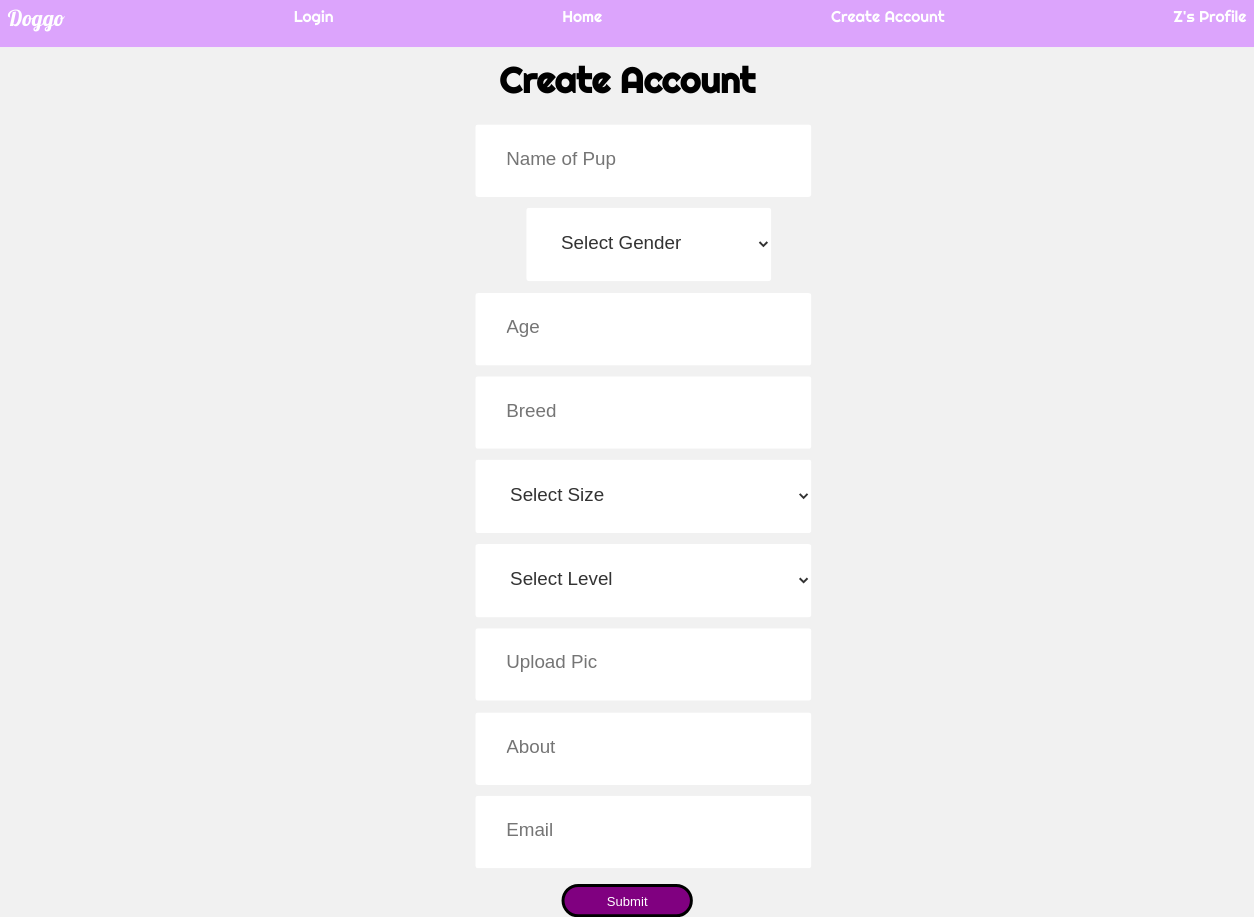
Repository: rh1456/capstone
Page: /2
The author's editor kept a copy of each file at every save. The page is drawn from the files as they stood at one save, then again after the next save.
The browser window is 1280 px wide. The pictures show the whole page, at 98% of full size.
Some web libraries are served in a nearby version. The project was rebuilt for these pictures with package versions that can differ from the ones it lists, and the page was loaded fresh each time. Also part of the build but not shown: src/pages/MainPage.jsx, src/pages/DoggoLandingPage.jsx, src/pages/DogProfile.jsx, src/pages/PlayDateForm.jsx, src/pages/ProfileSettings.jsx.

Above is the page before, as saved 2020-01-11 20:01:04.

### public/index.html
<!DOCTYPE html>
<html lang="en">
  <head>
    <meta charset="utf-8" />
    <link rel="shortcut icon" href="%PUBLIC_URL%/favicon.ico" />
    <meta
      name="viewport"
      content="width=device-width, initial-scale=1, shrink-to-fit=no"
    />
    <meta name="theme-color" content="#000000" />
    <!--
      manifest.json provides metadata used when your web app is added to the
      homescreen on Android. See https://developers.google.com/web/fundamentals/web-app-manifest/
    -->
    <link rel="manifest" href="%PUBLIC_URL%/manifest.json" />
    <!--
      Notice the use of %PUBLIC_URL% in the tags above.
      It will be replaced with the URL of the `public` folder during the build.
      Only files inside the `public` folder can be referenced from the HTML.

      Unlike "/favicon.ico" or "favicon.ico", "%PUBLIC_URL%/favicon.ico" will
      work correctly both with client-side routing and a non-root public URL.
      Learn how to configure a non-root public URL by running `npm run build`.
    -->
    <link
      href="https://fonts.googleapis.com/css?family=Pacifico|Permanent+Marker|Righteous|Roboto&display=swap"
      rel="stylesheet"
    />
    <link
      href="https://fonts.googleapis.com/css?family=Lobster&display=swap"
      rel="stylesheet"
    />
    <script
      src="https://kit.fontawesome.com/d7373701d1.js"
      crossorigin="anonymous"
    ></script>
    <title>Capstone</title>
  </head>
  <body>
    <noscript>
      You need to enable JavaScript to run this app.
    </noscript>
    <div id="root"></div>
    <!--
      This HTML file is a template.
      If you open it directly in the browser, you will see an empty page.

      You can add webfonts, meta tags, or analytics to this file.
      The build step will place the bundled scripts into the <body> tag.

      To begin the development, run `npm start` or `yarn start`.
      To create a production bundle, use `npm run build` or `yarn build`.
    -->
  </body>
</html>

### src/index.js
import React from 'react'
import ReactDOM from 'react-dom'
import './index.css'
// import './styles.scss'
import App from './App'

ReactDOM.render(<App />, document.getElementById('root'))

### src/index.css
@media (min-width: 320px) and (max-width: 480px) {
  :root {
    font: 16px / 1 sans-serif;
  }

  html {
    height: 100%;
  }
  body {
    margin: 0;
    min-height: 100%;
    background-color: #f1f1f1;
    font-family: 'Righteous', cursive;
  }
  .nav-bar-ul {
    display: flex;
    flex-direction: row;
    justify-content: space-between;
    margin: 0;
    height: 3rem;
    background-color: #dca4fc;
    padding: 0;
  }
  .main-nav-li {
    list-style: none;
    padding: 0.5rem;
    color: white;
  }
  .nav-logo {
    font-size: 1.4rem;
    font-family: 'Lobster', cursive;
  }
  .Nav-link {
    color: white;
    text-decoration: none;
  }
  /* Dog profile Stylings */
  .dog-profile-image {
    display: flex;
    justify-content: center;
    /* border-bottom: solid lightgrey; */
  }
  .before-div {
    border: solid black;
    display: block;
    height: 18px;
    border-radius: 50% 50% 0 0;

    bottom: calc(100% - 10px);
    right: -5px;
    left: -5px;
    background-color: blue;
  }
  .profile-image {
    height: 12rem;
    width: 8rem;
    margin: 0;
    border-radius: 8px;
    margin: 0.7rem;
  }
  .profile-about {
    display: flex;
    flex-direction: column;
    height: 5rem;
    font-size: 0.7rem;
  }
  .profile-about h1 {
    align-self: center;
  }
  .profile-about span {
    align-self: center;
    padding: 0.1rem;
  }
  .in-between {
    border-top: solid lightgrey;
    border-bottom: solid lightgrey;
    height: 3rem;
    display: flex;
    justify-content: center;
  }
  .main-about {
    border-bottom: solid lightgrey;
  }
  .profile-logo {
    margin: 0.5rem;
    height: 2rem;
    width: auto;
  }
  .meet {
    display: flex;
    flex-direction: column;
  }
  .meet h1 {
    align-self: center;
  }
  .meet p {
    padding: 1rem;
    font-size: 0.9rem;
    align-self: center;
  }
  .small-pro-pic {
    align-self: center;
    height: 4rem;
    width: auto;
    border: 2px solid black;
    border-radius: 50%;
    margin-top: 0.8rem;
  }
  .match-button {
    align-self: center;
    background-color: purple;
    height: 1.8rem;
    width: 8rem;
    border-radius: 25px;
    border: 3px solid black;
    color: white;
  }
  .playdate-link {
    color: white;
    text-decoration: none;
  }

  /* Dog Landing Stylings */
  .doggo-landing-body {
    margin: 0;
    min-height: 100%;
    background-color: #f1f1f1;
    font-family: 'Righteous', cursive;
  }
  .landing-page-logo {
    display: flex;
    justify-content: center;
    align-content: center;
    flex-direction: column;
  }
  .doggo-logo {
    height: 180px;
    width: 238px;
    align-self: center;
  }
  .doggo-text-section {
    padding-top: 2rem;
    padding-bottom: 2rem;
  }
  .doggo-text {
    display: flex;
    justify-content: center;
    align-content: center;
    font-size: 2rem;
    font-family: 'Lobster', cursive;
  }

  .landing-button {
    display: flex;
    justify-content: center;
    align-content: center;
  }
  .create-account {
    background-color: purple;
    height: 3rem;
    width: 15rem;
    border-radius: 25px;
    border: 3px solid black;
    color: white;
    font-family: 'Roboto', sans-serif;
  }
  .create-account-link {
    color: white;
    text-decoration: none;
    font-style: bold;
  }
  .existing-users {
    display: flex;
    padding-top: 3rem;
    justify-content: center;
    align-content: center;
  }
  /* Create Account Stylings */

  /* Newsfeed Stylings */
  .h1-container {
    display: flex;
    justify-content: center;
    font-size: 0.8rem;
    color: purple;
    height: 1rem;
    font-family: 'Lobster', cursive;
  }
  .newsfeed-header {
    display: flex;
    flex-direction: row;
    flex-wrap: nowrap;
    align-items: stretch;
    overflow-x: auto;
    overflow-y: hidden;
    border-bottom: solid lightgrey;
    height: 8rem;
  }
  .friend-card {
    border: solid black;
    align-self: center;
    margin: 1rem 3rem;
    padding-left: 0.8rem;
    padding-right: 0.8rem;
    border-radius: 0.5rem;
    flex-basis: 33.33%;
    flex-grow: 0;
    flex-shrink: 0;
    height: 4.7rem;
    /* width: 1rem; */
  }

  .welcome-user-message {
    display: flex;
    justify-content: center;
    font-size: 0.7rem;
    border-bottom: solid lightgrey;
  }
  .newsfeed-parent {
    display: flex;
    /* align-items: center; */
    flex-direction: column;
    margin: 1rem;
  }
  .newsfeed {
    /* align-items: stretch; */
    /* display: flex;
    flex-direction: column;
    flex-wrap: nowrap; */
    /* display: flex;
    justify-content: center; */
    width: 300px;
    height: 500px;
    overflow-y: scroll;
    overflow-x: hidden;
  }
  .card {
    max-width: 33.33%;
    padding: 0.75rem;
    margin-bottom: 2rem;
    border: 0;
    /* flex-basis: 33.33%;
    flex-grow: 0;
    flex-shrink: 0; */
  }
  .newsfeed-nav-ul {
    display: flex;
    flex-direction: row;
    font-size: smaller;
    font-style: italic;
    margin: 0rem;
    height: 2rem;
  }
  .newsfeed-nav-li {
    list-style: none;
    margin: 0;
    padding: 1rem;
  }
  .settings-link {
    text-decoration: none;
    color: black;
  }
  .mapbox {
    align-self: center;
    border: solid black;
    height: 6rem;
    width: 6rem;
  }
  /* Playdate form stylings  */

  .playdate-header {
    display: flex;
    justify-content: center;
    margin: 1.5rem;
  }
  .playdate-main {
    display: flex;
    flex-direction: column;
  }
  .playdate-input {
    align-self: center;
    margin: 0.5rem;
  }
  .form-date-submit-button {
    margin-top: 1rem;
    align-self: center;
    background-color: purple;
    height: 1.8rem;
    width: 8rem;
    border-radius: 25px;
    border: 3px solid black;
    color: white;
  }
  /* //Profile setting styling// */
}

/* End of mobile query  */

:root {
  font: 16px / 1 sans-serif;
}

html {
  height: 100%;
}
body {
  margin: 0;
  min-height: 100%;
  background-color: #f1f1f1;
  font-family: 'Righteous', cursive;
}
.nav-bar-ul {
  display: flex;
  flex-direction: row;
  justify-content: space-between;
  margin: 0;
  height: 3rem;
  background-color: #dca4fc;
  padding: 0;
}
.main-nav-li {
  list-style: none;
  padding: 0.5rem;
  color: white;
}
.nav-logo {
  padding: 0.5rem;
  color: white;
  font-size: 1.4rem;
  font-family: 'Lobster', cursive;
}
.Nav-link {
  color: white;
  text-decoration: none;
}
/* Dog profile Stylings */
.dog-profile-image {
  display: flex;
  justify-content: center;
  /* border-bottom: solid lightgrey; */
}
.before-div {
  border: solid black;
  display: block;
  height: 18px;
  border-radius: 50% 50% 0 0;

  bottom: calc(100% - 10px);
  right: -5px;
  left: -5px;
  background-color: blue;
}
.profile-image {
  height: 12rem;
  width: 8rem;
  margin: 0;
  border-radius: 8px;
  margin: 0.7rem;
}
.profile-about {
  display: flex;
  flex-direction: column;
  height: 5rem;
  font-size: 0.7rem;
}
.profile-about h1 {
  align-self: center;
}
.profile-about span {
  align-self: center;
  padding: 0.1rem;
}
.in-between {
  border-top: solid lightgrey;
  border-bottom: solid lightgrey;
  height: 3rem;
  display: flex;
  justify-content: center;
}
.main-about {
  border-bottom: solid lightgrey;
}
.profile-logo {
  margin: 0.5rem;
  height: 2rem;
  width: auto;
}
.meet {
  display: flex;
  flex-direction: column;
}
.meet h1 {
  align-self: center;
}
.meet p {
  padding: 1rem;
  font-size: 0.9rem;
  align-self: center;
}
.small-pro-pic {
  align-self: center;
  height: 4rem;
  width: auto;
  border: 2px solid black;
  border-radius: 50%;
  margin-top: 0.8rem;
}
.match-button {
  align-self: center;
  background-color: purple;
  height: 1.8rem;
  width: 8rem;
  border-radius: 25px;
  border: 3px solid black;
  color: white;
}

/* Dog Landing Stylings */
.doggo-landing-body {
  margin: 0;
  min-height: 100%;
  background-color: #f1f1f1;
  font-family: 'Righteous', cursive;
}
.landing-page-logo {
  display: flex;
  justify-content: center;
  align-content: center;
  flex-direction: column;
}
.doggo-logo {
  height: 180px;
  width: 238px;
  align-self: center;
}
.doggo-text-section {
  padding-top: 2rem;
  padding-bottom: 2rem;
}
.doggo-text {
  display: flex;
  justify-content: center;
  align-content: center;
  font-size: 2rem;
}

.landing-button {
  display: flex;
  justify-content: center;
  align-content: center;
}
.create-account {
  background-color: purple;
  height: 3rem;
  width: 15rem;
  border-radius: 25px;
  border: 3px solid black;
  color: white;
  font-family: 'Roboto', sans-serif;
}
.existing-users {
  display: flex;
  padding-top: 3rem;
  justify-content: center;
  align-content: center;
}
/* Create Account Stylings */
.create-account-div {
  display: flex;
  flex-direction: column;
  font-size: 2rem;
}
.submit-account {
  margin-top: 1rem;
  align-self: center;
  background-color: purple;
  height: 1.8rem;
  width: 8rem;
  border-radius: 25px;
  border: 3px solid black;
  color: white;
}

/* Newsfeed Stylings */
.h1-container {
  display: flex;
  justify-content: center;
  font-size: 0.8rem;
  color: purple;
  height: 1rem;
  font-family: 'Lobster', cursive;
}
.newsfeed-header {
  display: flex;
  flex-direction: row;
  flex-wrap: nowrap;
  align-items: stretch;
  overflow-x: auto;
  overflow-y: hidden;
  border-bottom: solid lightgrey;
  height: 8rem;
}
.friend-card {
  border: solid black;
  align-self: center;
  margin: 1rem 3rem;
  padding-left: 0.8rem;
  padding-right: 0.8rem;
  border-radius: 0.5rem;
  flex-basis: 33.33%;
  flex-grow: 0;
  flex-shrink: 0;
  height: 4.7rem;
  width: 1rem;
}
/* .feed-head-left-button,
  .feed-head-right-button {
    display: flex;
    justify-content: center;
    align-content: center;
    color: white;
    font-size: 2rem;
    width: 2.5rem;
    margin: 4rem 0rem;
    background-color: purple;
    border: none;
  }
  .feed-head-left-button {
    border-radius: 0rem 1rem 1rem 0rem;
  }
  .feed-head-right-button {
    border-radius: 1rem 0rem 0rem 1rem;
  }  */
.welcome-user-message {
  display: flex;
  justify-content: center;
  font-size: 0.7rem;
  border-bottom: solid lightgrey;
}
.newsfeed-parent {
  display: flex;
  justify-content: center;
  align-content: center;
}
.newsfeed {
  align-items: stretch;
  display: flex;
  flex-direction: column;
  flex-wrap: nowrap;
  display: flex;
  justify-content: center;
  width: 120px;
  height: 400px;
  overflow-y: scroll;
  overflow-x: hidden;
}
.card {
  max-width: 33.33%;
  padding: 0.75rem;
  margin-bottom: 2rem;
  border: 0;
  /* flex-basis: 33.33%;
    flex-grow: 0;
    flex-shrink: 0; */
}

### src/App.jsx
import React from 'react'
import { BrowserRouter as Router, Link, Route, Switch } from 'react-router-dom'
import MainPage from './pages/MainPage'
import DoggoLandingPage from './pages/DoggoLandingPage'
import CreateAccount from './pages/CreateAccount'
import DogProfile from './pages/DogProfile'
import PlayDateForm from './pages/PlayDateForm'
import ProfileSettings from './pages/ProfileSettings'
const App = () => {
  return (
    <Router>
      <header>
        <nav>
          <ul className="nav-bar-ul">
            <li className="nav-logo">Doggo</li>
            <li className="main-nav-li">
              <Link className="Nav-link" to="/">
                Login
              </Link>
            </li>
            <li className="main-nav-li">
              <Link className="Nav-link" to="/1">
                Home
              </Link>
            </li>
            <li className="main-nav-li">
              <Link className="Nav-link" to="/2">
                Create Account
              </Link>
            </li>
            <li className="main-nav-li">
              <Link className="Nav-link" to="/3">
                Z's Profile
              </Link>
            </li>
          </ul>
        </nav>
      </header>
      <Switch>
        <Route exact path="/" component={DoggoLandingPage}></Route>
        <Route exact path="/1" component={MainPage}></Route>
        <Route exact path="/2" component={CreateAccount}></Route>
        <Route path="/3" component={DogProfile}></Route>
        <Route path="/4" component={PlayDateForm}></Route>
        <Route path="/5" component={ProfileSettings}></Route>
      </Switch>
    </Router>
  )
}

export default App

### src/pages/CreateAccount.jsx
import React, { useEffect, useState } from 'react'
import './createAccount.css'

const CreateAccount = () => {
  const [name, setName] = useState('')
  const [gender, setGender] = useState('')
  const [age, setAge] = useState('')
  const [breed, setBreed] = useState('')
  const [size, setSize] = useState('')
  const [about, setAbout] = useState('')
  const [email, setEmail] = useState('')
  return (
    <div className="create-account-div">
      <section className="create-account-head">
        <h1 className="create-account-h1">Create Account</h1>
      </section>
      <section className="create-account-details">
        <label className="create-label" htmlFor="dogs-name"></label>
        <input
          className="create-input"
          type="text"
          placeholder="Name of Pup"
        ></input>
      </section>
      <section className="create-account-details">
        <label className="create-label" htmlFor="gender"></label>
        <select className="create-input" type="text" placeholder="Gender">
          <option value="selectGender">Select Gender</option>
          <option value="male">Male</option>
          <option value="female">Female</option>
        </select>
      </section>
      <section className="create-account-details">
        <label className="create-label" htmlFor="Age"></label>
        <input className="create-input" placeholder="Age" input="text"></input>
      </section>
      <section className="create-account-details">
        <label className="create-label" htmlFor="Breed"></label>
        <input
          className="create-input"
          placeholder="Breed"
          input="text"
        ></input>
      </section>
      <section className="create-account-details">
        <label className="create-label" htmlFor="size"></label>
        <select className="create-input" type="text">
          <option value="">Select Size</option>
          <option value="small">Small</option>
          <option value="medium">Medium</option>
          <option value="large">Large</option>
        </select>
        <section className="create-account-details">
          <label className="create-label" htmlFor="energy"></label>
          <select className="create-input" type="text">
            <option value="">Select Level</option>
            <option value="hyper">Hyper</option>
            <option value="tame">Tame</option>
          </select>
          <section className="create-account-details">
            <label className="create-label" htmlFor="img"></label>
            <input
              placeholder="Upload Pic"
              className="create-input"
              type="url"
            ></input>
          </section>
          <section className="create-account-details">
            <label className="create-label" htmlFor="About"></label>
            <input
              className="create-input"
              placeholder="About"
              type="text"
            ></input>
          </section>
          <section className="create-account-details"></section>
          <label className="create-label" htmlFor="username"></label>
          <input
            placeholder="Email"
            className="create-input"
            type="text"
          ></input>
        </section>
      </section>
      <button className="submit-account">Submit</button>
    </div>
  )
}

export default CreateAccount

### src/pages/createAccount.css
*,
*::after,
*::before {
  margin: 0;
  padding: 0;
  box-sizing: inherit;
  font-size: 62, 5%;
}

.create-account-div {
  /* height: 100vh;
  width: 100%; */
  /* background: #0f2027; /* fallback for old browsers */
  /* background: linear-gradient(to right, #2c5364, #203a43, #0f2027); */
  display: flex;
  justify-content: center;
  align-items: center;
  /* height: 100vh; */
  color: black;
}
.create-label {
  font-size: 1.2rem;
  margin-left: 2rem;
  margin-top: 0.7rem;
  display: block;
  transition: all 0.3s;
  transform: translateY(0rem);
}
.create-input {
  color: #333;
  font-size: 1.2rem;
  margin: 0 auto;
  padding: 1.5rem 2rem;
  border-radius: 0.2rem;
  background-color: rgb(255, 255, 255);
  border: none;
  width: 90%;
  display: block;
  border-bottom: 0.3rem solid transparent;
  transition: all 0.3s;
}

.form__input:placeholder-shown + .form__label {
  opacity: 0;
  visibility: hidden;
  -webkit-transform: translateY(-4rem);
  transform: translateY(-4rem);
}

.submit-account {
  margin-top: 1rem;
  align-self: center;
  background-color: purple;
  height: 1.8rem;
  width: 8rem;
  border-radius: 25px;
  border: 3px solid black;
  color: white;
}
.create-account-head {
  display: flex;
  font-size: 1.5rem;
}
.create-account-h1 {
  align-self: center;
  padding: 1rem;
}
.existing-users-link {
  font-style: italic;
  text-decoration: none;
}

### src/pages/profileSettings.css
*,
*::after,
*::before {
  margin: 0;
  padding: 0;
  box-sizing: inherit;
  font-size: 62, 5%;
}
.update-account-details {
  display: flex;
  margin: 1rem;
  justify-content: center;
  align-items: center;
  /* height: 100vh; */
  color: black;
}

.update-label {
  font-size: 1.2rem;
  margin-left: 2rem;
  margin-top: 0.7rem;

  display: block;
  transition: all 0.3s;
  transform: translateY(0rem);
}
.basic-slide {
  color: #333;
  font-size: 1.2rem;
  margin: 0 auto;
  padding: 1rem;
  border-radius: 0.2rem;
  background-color: rgb(255, 255, 255);
  border: none;
  width: 90%;
  display: block;
  border-bottom: 0.3rem solid transparent;
  transition: all 0.3s;
}
.basic-slide:placeholder-shown + .update-label {
  opacity: 3;
  visibility: hidden;
  -webkit-transform: translateY(-4rem);
  transform: translateY(-4rem);
}
.setting-header {
  display: flex;
  justify-content: center;
  align-items: center;
  flex-direction: column;
}
.settings-p {
  font-size: 2rem;
  margin: 2rem;
}
span {
  margin: 1rem;
}

After the next save:
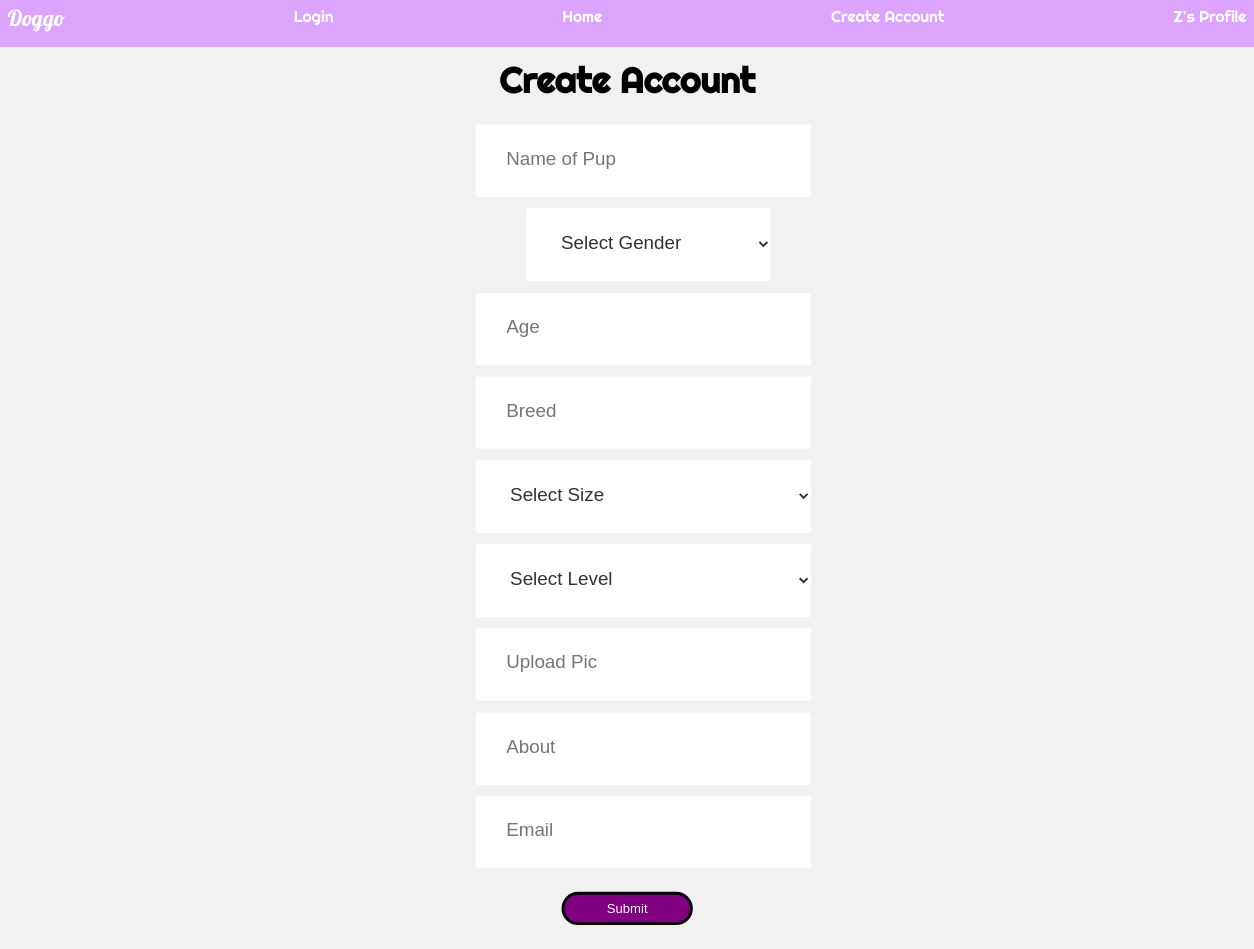
Saved 36 s later.
--- a/src/pages/createAccount.css
+++ b/src/pages/createAccount.css
@@ -48,7 +48,7 @@
 }
 
 .submit-account {
-  margin-top: 1rem;
+  margin: 1.5rem;
   align-self: center;
   background-color: purple;
   height: 1.8rem;
